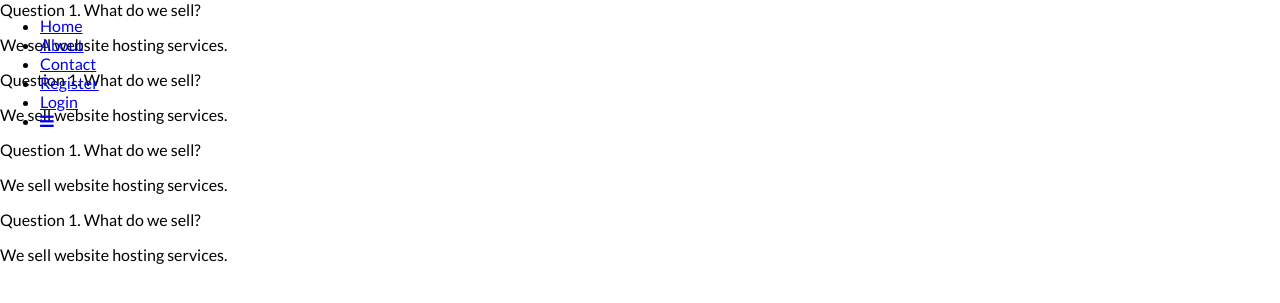
Repository: CallumS19/energise-hosting-project
Page: http://localhost/about.php
The author's editor kept a record of every edit. The page is drawn from the files as they stood at one moment, then again after the next edit.
The browser window is 1280 px wide. The pictures show the whole page.
Some web libraries are served in a nearby version. The page is run by PHP 8.4 with error messages shown; the project is at /var/www/html/.

Above is the page before.
Not found: workspace/css/regForm.css

After the next edit:
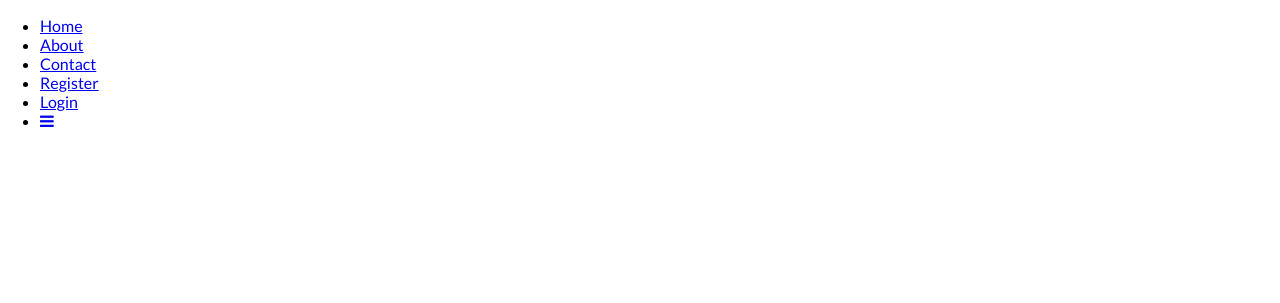
The edit:
--- a/workspace/about.php
+++ b/workspace/about.php
@@ -56,20 +56,5 @@
             <div class="welcome-background-about">
             </div>
         </div>
-
-        <div class="Frequently_answered_questions">
-            <label>Question 1. What do we sell?</label>
-            <p>We sell website hosting services.</p>
-
-            <label>Question 1. What do we sell?</label>
-            <p>We sell website hosting services.</p>
-
-            <label>Question 1. What do we sell?</label>
-            <p>We sell website hosting services.</p>
-
-            <label>Question 1. What do we sell?</label>
-            <p>We sell website hosting services.</p>
-        </div>
-
     </body>
 </html>
